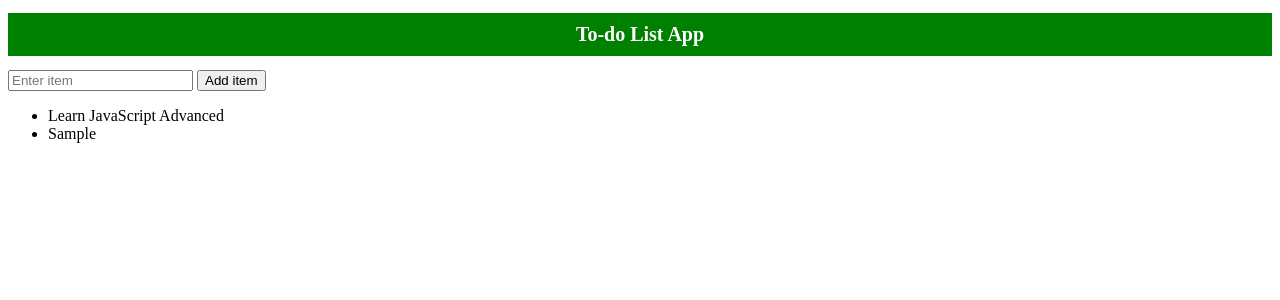
Repository: binhphanbp/WEB2064_JavaScript-Advanced_WD20305
Page: lesson4/lesson4.html
The author's editor kept a copy of each file at every save. The page is drawn from the files as they stood at one save, then again after the next save.
The browser window is 1280 px wide. The pictures show the whole page.
Empty fields were first filled with sample values (such as "Sample", 5 or name@example.com).
After loading, the first visible `#btnAdd` was clicked once.

Above is the page before, as saved 2025-09-22 13:14:49.

### lesson4/lesson4.html
<!DOCTYPE html>
<html lang="en">
  <head>
    <meta charset="UTF-8" />
    <meta name="viewport" content="width=device-width, initial-scale=1.0" />
    <title>Document</title>

    <style>
      .styleH1 {
        padding: 10px;
        text-align: center;
      }

      .anotherStyleH1 {
        box-shadow: 5px 5px 10px gray;
      }
    </style>
  </head>
  <body>
    <h1 id="h1Tag">To-do List App</h1>
    <div id="divTodo"></div>
    <ul id="ulTag"></ul>

    <script>
      const h1Tag = document.getElementById('h1Tag');
      const divTodo = document.getElementById('divTodo');
      const ulTag = document.getElementById('ulTag');

      // 1. Sử dụng style
      h1Tag.style = 'background-color: green; color: white';
      h1Tag.style.fontSize = '20px';

      // 2. Sử dụng với className
      h1Tag.className = 'styleH1';

      // 3. Sử dụng classList
      h1Tag.classList.add('anotherStyleH1');
      h1Tag.classList.remove('anotherStyleH1');

      // 4. Thêm một phần tử mới bằng createElement
      const liTag = document.createElement('li');
      liTag.innerText = 'Learn JavaScript Advanced';
      ulTag.appendChild(liTag);

      // 5. Thêm phần tử bằng HTML
      divTodo.innerHTML = `
        <input type="text" placeholder="Enter item">
        <button id = 'btnAdd' type="submit">Add item</button>
      `;

      // Chọn phần tử input, button. Bấm nút thêm thì lấy giá trị trong input
      const inputTag = document.querySelector('input');
      const btnAdd = document.querySelector('#btnAdd');
      btnAdd.addEventListener('click', () => {
        const liTag = document.createElement('li');
        liTag.innerText = inputTag.value;
        ulTag.appendChild(liTag);

        inputTag.value = '';
      });
    </script>
  </body>
</html>

After the next save:
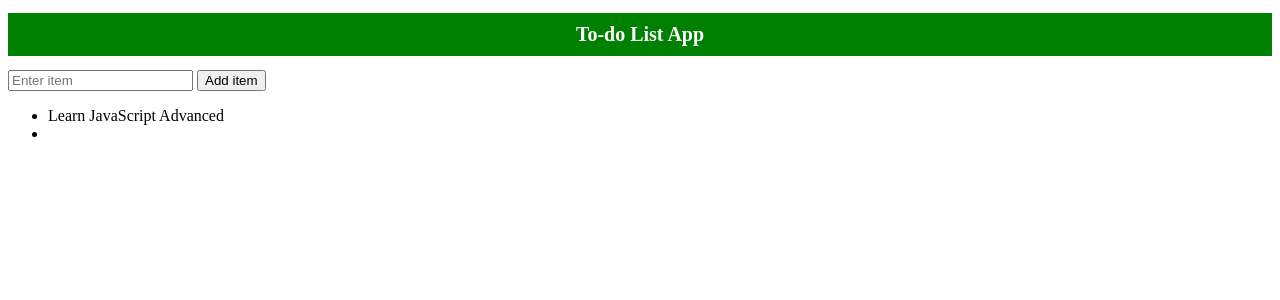
Saved 113 s later.
--- a/lesson4/lesson4.html
+++ b/lesson4/lesson4.html
@@ -50,10 +50,11 @@
 
       // Chọn phần tử input, button. Bấm nút thêm thì lấy giá trị trong input
       const inputTag = document.querySelector('input');
+      const inputValue = inputTag.value;
       const btnAdd = document.querySelector('#btnAdd');
       btnAdd.addEventListener('click', () => {
         const liTag = document.createElement('li');
-        liTag.innerText = inputTag.value;
+        liTag.innerText = inputValue;
         ulTag.appendChild(liTag);
 
         inputTag.value = '';

After the 2 saves that followed:
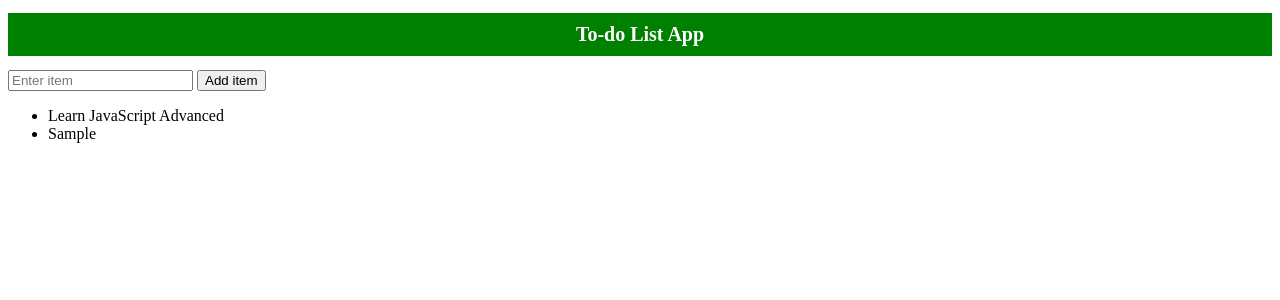
The 2 saves are shown as one change because they came seconds apart.
The last was saved 19 s later.
--- a/lesson4/lesson4.html
+++ b/lesson4/lesson4.html
@@ -50,10 +50,11 @@
 
       // Chọn phần tử input, button. Bấm nút thêm thì lấy giá trị trong input
       const inputTag = document.querySelector('input');
-      const inputValue = inputTag.value;
+
       const btnAdd = document.querySelector('#btnAdd');
       btnAdd.addEventListener('click', () => {
         const liTag = document.createElement('li');
+        const inputValue = inputTag.value;
         liTag.innerText = inputValue;
         ulTag.appendChild(liTag);
 
